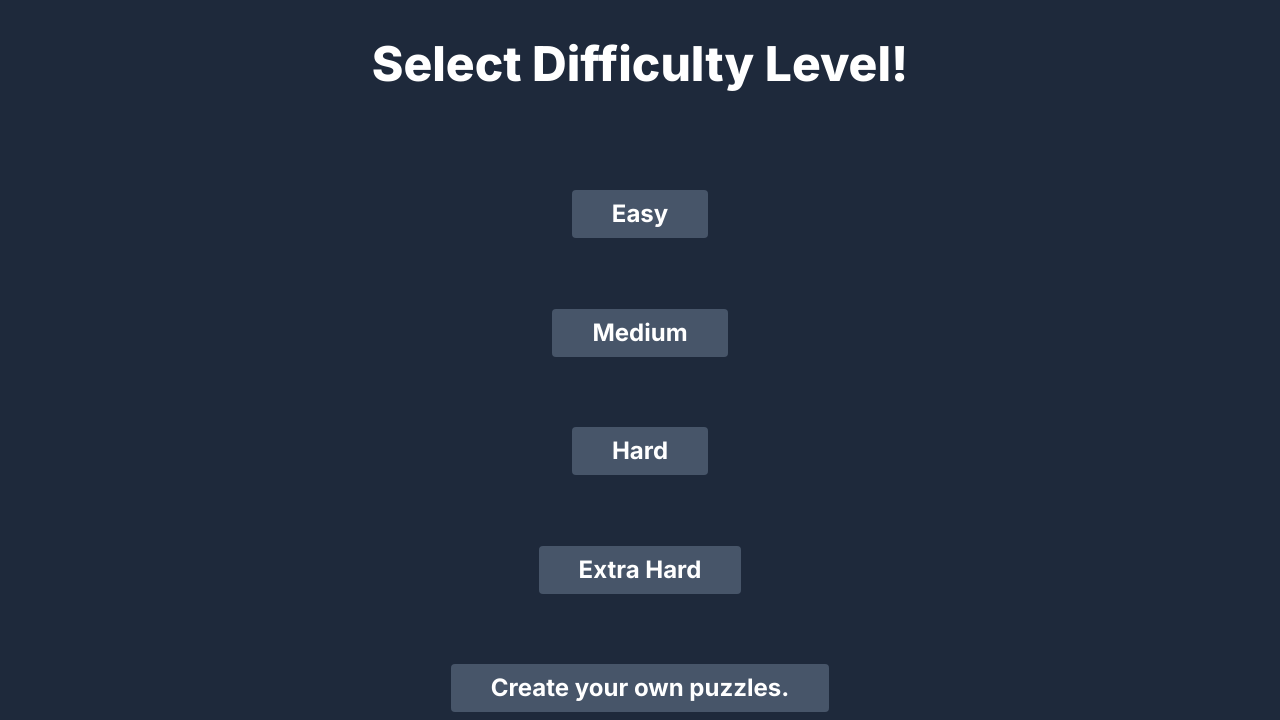
Repository: badhon252/sudoku
Page: /level
The author's editor kept a copy of each file at every save. The page is drawn from the files as they stood at one save, then again after the next save.
The browser window is 1280 px wide. The pictures show the whole page.
The project was rebuilt for these pictures with package versions that can differ from the ones it lists, and the page was loaded fresh each time. The framework's server and built-in components were replaced by stand-ins that run in the browser. Also part of the build but not shown: next.config.js.

Above is the page before, as saved 2023-06-04 21:57:55.

After the next save:
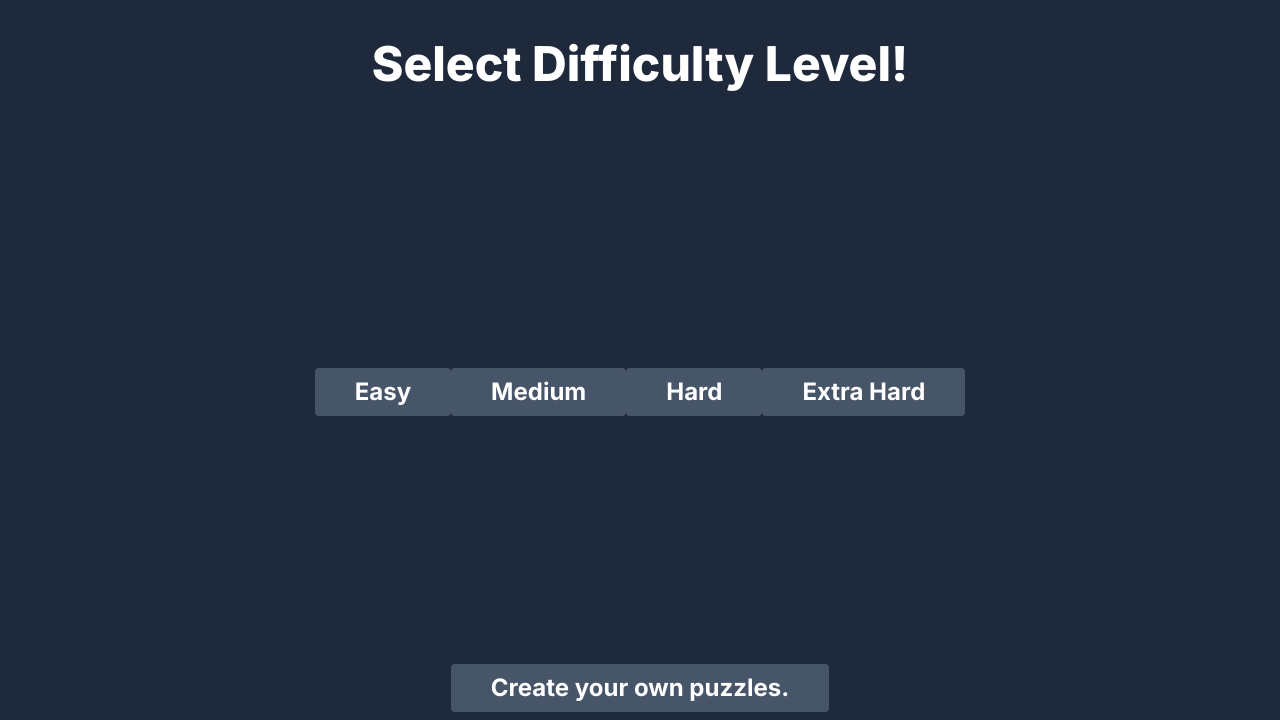
Saved 19 s later.
--- a/app/level/page.tsx
+++ b/app/level/page.tsx
@@ -4,10 +4,13 @@ export default function Level() {
   return (
     <div className='min-h-screen flex flex-col items-center  justify-between bg-slate-800 text-white'>
         <h1 className='text-5xl font-extrabold my-10'>Select Difficulty Level! </h1>
+        <div className="btns">
+
         <button type='button' className='my-2 py-2 px-10 text-2xl font-bold bg-slate-600 rounded'>Easy</button>
         <button type='button' className='my-2 py-2 px-10 text-2xl font-bold bg-slate-600 rounded'>Medium</button>
         <button type='button' className='my-2 py-2 px-10 text-2xl font-bold bg-slate-600 rounded'>Hard</button>
         <button type='button' className='my-2 py-2 px-10 text-2xl font-bold bg-slate-600 rounded'>Extra Hard</button>
+        </div>
 
         <button type='button' className='my-2 py-2 px-10 text-2xl font-bold bg-slate-600 rounded'>Create your own puzzles.</button>
     </div>
